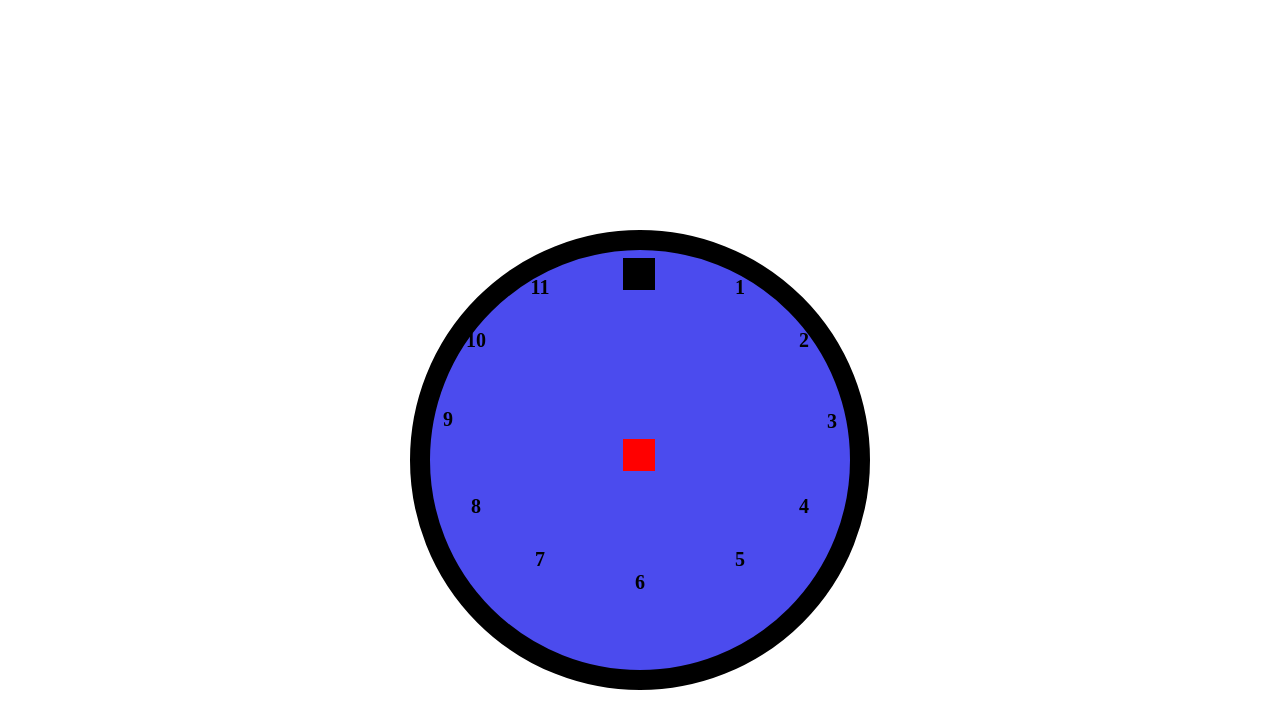
Repository: Eugene44-hub/Analog-clock
Page: index.html
The author's editor kept a copy of each file at every save. The page is drawn from the files as they stood at one save, then again after the next save.
The browser window is 1280 px wide. The pictures show the whole page.

Above is the page before, as saved 2021-09-04 15:40:45.

After the next save:
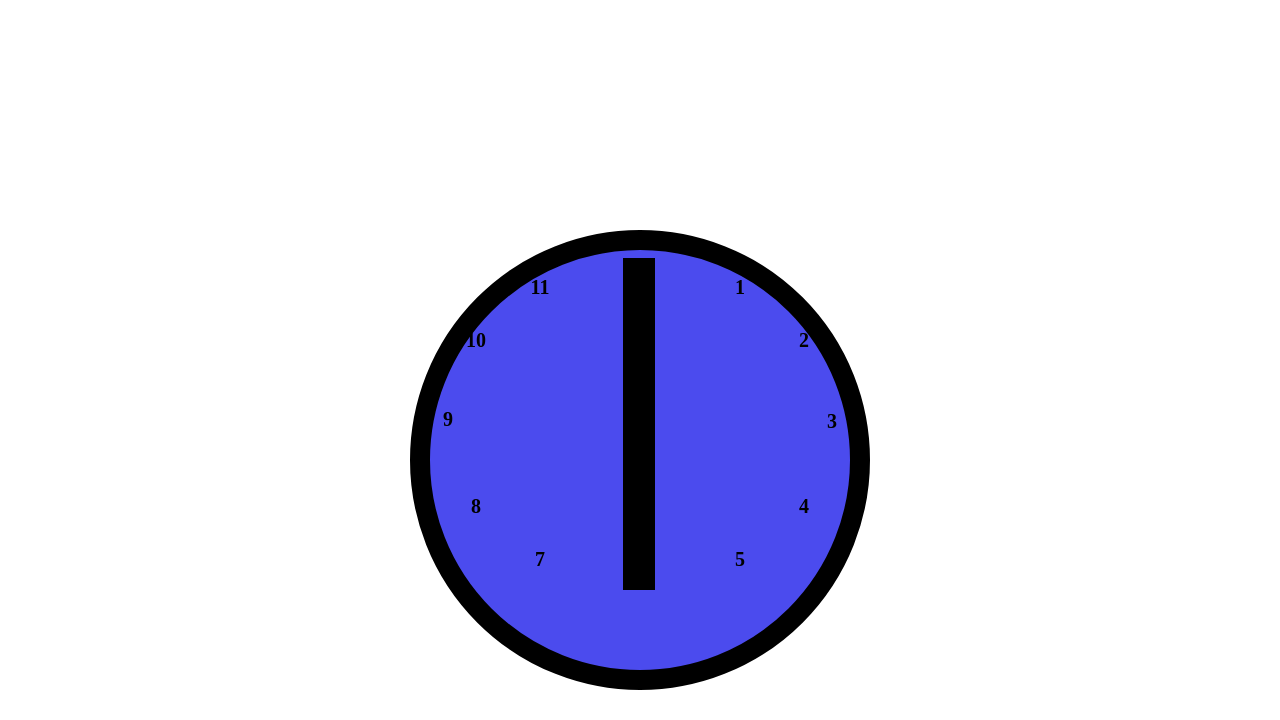
Saved 8 s later.
--- a/style.css
+++ b/style.css
@@ -35,7 +35,7 @@
     top: 2%;
     left: 46%;
     width: 32px;
-    height: 32px;
+    height: 332px;
     border: 50%;
 }
 
